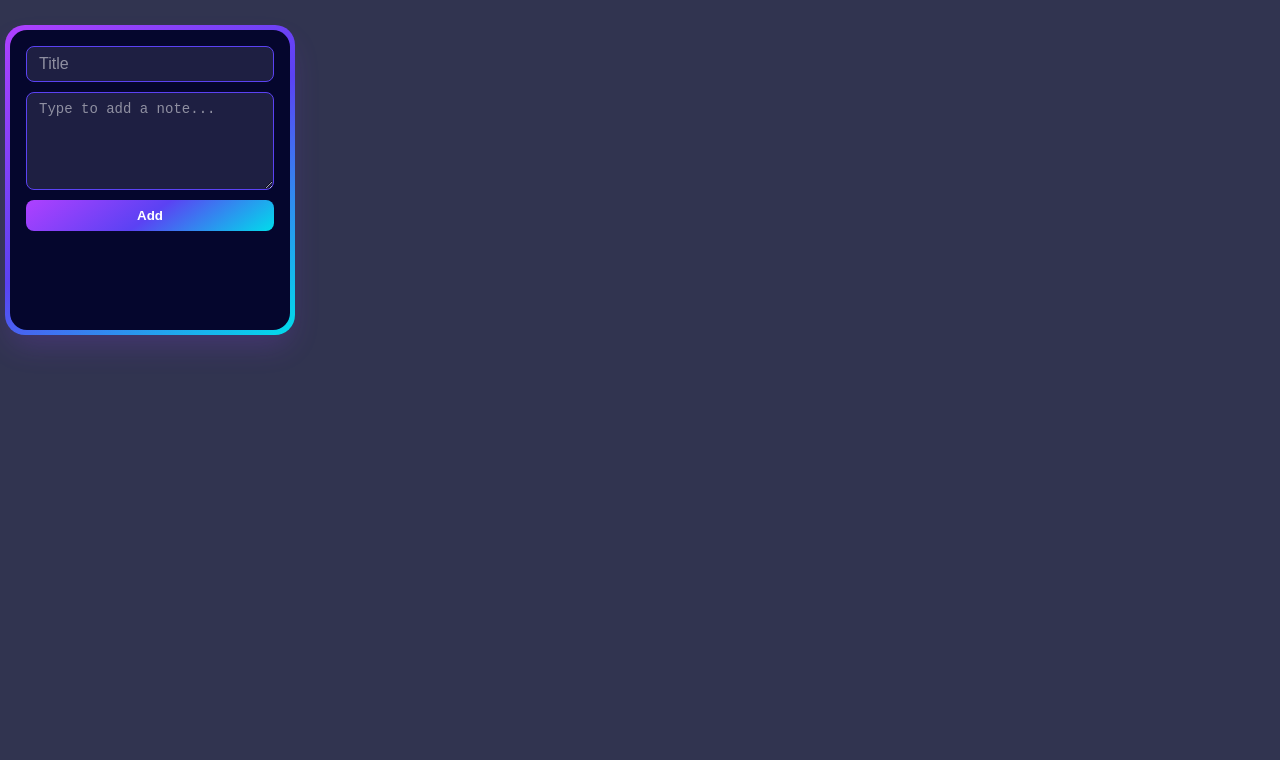
Repository: AJANI2005/Notes-App
Page: /
An editor plug-in stored every save of this project. The page is shown before and after the next save, followed by the edit.
The browser window is 1280 px wide. The pictures show the whole page.
The project was rebuilt for these pictures with package versions that can differ from the ones it lists, and the page was loaded fresh each time. Also part of the build but not shown: vite.config.ts, src/App.css, src/style/dialogbox.css, src/DialogBox.tsx.

Above is the page before, as saved 2025-07-31 18:44:08.

### src/index.css
:root {
  font-family: system-ui, Avenir, Helvetica, Arial, sans-serif;
  font-synthesis: none;
  text-rendering: optimizeLegibility;
  -webkit-font-smoothing: antialiased;
  -moz-osx-font-smoothing: grayscale;
}

body {
    margin: 0;
    font-family: 'Inter', sans-serif;
    min-height: 100vh;
    padding: 20px 0;
    background-color: #313450;
    color: white;
}

### src/App.tsx
import { useEffect, useState } from 'react';

// styles
import "./App.css"
import "./style/note.css"
import DialogBox from './DialogBox';


interface Note {
  id: number
  title: string;
  text: string;
}

const Note = () => {
  const [text, setText] = useState('');
  const [title, setTitle] = useState('');


  //Initialize Local Storage
  useEffect(() => {
    if (!localStorage.getItem("notes")) {
      localStorage.setItem("notes", JSON.stringify([]))
    }
    if (localStorage.getItem("title")) {
      setTitle(JSON.parse(localStorage.getItem("title")!))
    }
    if (localStorage.getItem("text")) {
      setText(JSON.parse(localStorage.getItem("text")!))
    }
  }, [])

  // Store Current Data (On Refresh)
  useEffect(() => {
    if (text === '' && title === '') return
    localStorage.setItem("title", JSON.stringify(title))
    localStorage.setItem("text", JSON.stringify(text))
  }, [text, title])

  const createNote = () => {
    const note = {
      id: Date.now(),
      title: title,
      text: text
    } as Note

    // add note
    const notes = JSON.parse(localStorage.getItem("notes")!)
    notes.push(note)
    localStorage.setItem("notes", JSON.stringify(notes))

    // reset state
    setTitle("")
    setText("")
    localStorage.setItem("title", JSON.stringify(""))
    localStorage.setItem("text", JSON.stringify(""))
  }

  return (
    <form className='note'>
      <div className="note-content">
        <input
          value={title}
          placeholder='Title'
          onChange={(e) => setTitle(e.target.value)}
          type="text" className='note-title-input' />
        <textarea
          value={text}
          onChange={(e) => setText(e.target.value)}
          className='note-input'
          placeholder='Type to add a note...'></textarea>
        <button className='addBtn' onClick={createNote}>Add</button>
      </div>

    </form>
  )
}

function App() {

  const [notes, setNotes] = useState([]);



  const [editing, setEditing] = useState(false);
  const [currentNote, setCurrentNote] = useState<Note | undefined>(undefined);


  //Initialize Local Storage
  useEffect(() => {
    if (localStorage.getItem("notes")) {
      setNotes(JSON.parse(localStorage.getItem("notes")!))
    }
  }, [])

  //Save current note
  const saveNote = () => {
    const notes = JSON.parse(localStorage.getItem("notes")!)
    const index = notes.findIndex((note: Note) => note.id === currentNote?.id)
    notes[index] = currentNote
    localStorage.setItem("notes", JSON.stringify(notes))
    setEditing(false)
    // refresh
    window.location.reload()
  }
  //Delete note
  const deleteNote = () => {
    const notes = JSON.parse(localStorage.getItem("notes")!)
    const index = notes.findIndex((note: Note) => note.id === currentNote?.id)
    notes.splice(index, 1)
    localStorage.setItem("notes", JSON.stringify(notes))
    setEditing(false)
    // refresh
    window.location.reload()
  }

  return (
    <div className='app'>
      <Note />
      {/* Display Notes */}
      <div className='notes-grid'>
        {notes.map((note: Note, index) => (
          <div key={index} className='note'>
            <div className='note-content'>
              <h2 className='note-title'>{note.title}</h2>
              <p className='note-text'>{note.text}</p>
              <button className='deleteBtn'
                onClick={deleteNote}>✖</button>
              <button className='editBtn' onClick={() => {
                setEditing(true);
                setCurrentNote(note);
              }}
              >📝</button>
            </div>
          </div>))}
      </div>

      {/* Edit Dialog Box */}
      <DialogBox isOpen={editing} onClose={() => setEditing(false)}>
        <form className='note'>
          <div className='note-content'>
            <input
              value={currentNote?.title}
              placeholder='Title'
              onChange={(e) => setCurrentNote({ ...currentNote, title: e.target.value } as Note)}
              type="text" className='note-title-input' />

            <textarea
              value={currentNote?.text}
              onChange={(e) => setCurrentNote({ ...currentNote, text: e.target.value } as Note)}
              className='note-input'
              placeholder='Type to add a note...'></textarea>

            <button className='addBtn' onClick={() => {
              saveNote()
              setEditing(false)
            }}>Save</button>
          </div>
        </form>
      </DialogBox>
    </div>
  )
}

export default App

### src/style/note.css
/* Outer Note Card - gradient like .card */
.note {
  display: flex;
  flex-direction: column;
  padding: 5px; /* leave room for inner card content */
  width: 280px;
  height: 300px; /* optional fixed height for card-like look */
  border-radius: 20px;
  background-image: linear-gradient(144deg, #AF40FF, #5B42F3 50%, #00DDEB);
  box-shadow: rgba(151, 65, 252, 0.2) 0 15px 30px -5px;
  margin:5px;
  position: relative;
  transition: transform 0.2s ease;
}

.note:hover {
  transform: translateY(-3px);
}

/* Inner dark content like .card__content */
.note-content {
  background: rgb(5, 6, 45); /* dark inner content */
  border-radius: 17px;
  flex: 1;
  padding: 16px;
  display: flex;
  flex-direction: column;
  gap: 10px;
  padding-bottom: 50px; /* make space for delete/edit buttons */
  color: white;
  position: relative;
}

/* Title input */
.note-title-input {
  padding: 8px 12px;
  font-size: 16px;
  font-weight: 500;
  border-radius: 8px;
  border: 1px solid #5B42F3;
  background: rgba(255,255,255,0.1);
  color: white;
  outline: none;
  transition: 0.2s;
}

.note-title-input::placeholder {
  color: rgba(255,255,255,0.5);
}

.note-title-input:focus {
  border-color: #00DDEB;
}

/* Textarea input */
.note-input {
  min-height: 80px;
  resize: vertical;
  padding: 8px 12px;
  font-size: 14px;
  border-radius: 8px;
  border: 1px solid #5B42F3;
  background: rgba(255,255,255,0.1);
  color: white;
  outline: none;
  transition: 0.2s;
}

.note-input::placeholder {
  color: rgba(255,255,255,0.5);
}

.note-input:focus {
  border-color: #00DDEB;
}

/* Add Button - matches gradient theme */
.addBtn {
  background-image: linear-gradient(144deg, #AF40FF, #5B42F3 50%, #00DDEB);
  color: white;
  border: none;
  padding: 8px 12px;
  border-radius: 8px;
  font-weight: 600;
  cursor: pointer;
  transition: transform 0.2s ease;
}

.addBtn:hover {
  transform: scale(1.05);
}

/* Delete and Edit Buttons */
.deleteBtn,
.editBtn {
  position: absolute;
  bottom: 12px;
  border: none;
  padding: 6px 10px;
  font-size: 14px;
  border-radius: 6px;
  cursor: pointer;
  color: white;
  transition: transform 0.2s ease, background-color 0.2s ease;
}

.deleteBtn {
  left: 12px;
  background-color: #ff6b6b;
}

.deleteBtn:hover {
  background-color: #e63946;
  transform: scale(1.05);
}

.editBtn {
  left: 65px;
  background-color: #4ff10f;
  color: #111;
}

.editBtn:hover {
  background-color: #49d611;
  transform: scale(1.05);
}

/* Title of the note */
.note-title {
  font-size: 18px;
  font-weight: 600;
  color: white;
  margin-bottom: 8px;
}

/* Text content of the note */
.note-text {
  font-size: 14px;
  color: rgba(255,255,255,0.85);
  line-height: 1.5;
  white-space: pre-wrap; /* respect \n */
}

/* Grid for all notes */
.notes-grid {
  display: grid;
  grid-template-columns: repeat(auto-fill, minmax(250px, 1fr));
  gap: 20px;
  padding: 20px;
  justify-items: center;
}

Loaded but not shown: index.html (common file); src/main.tsx (common file)

After the next save:
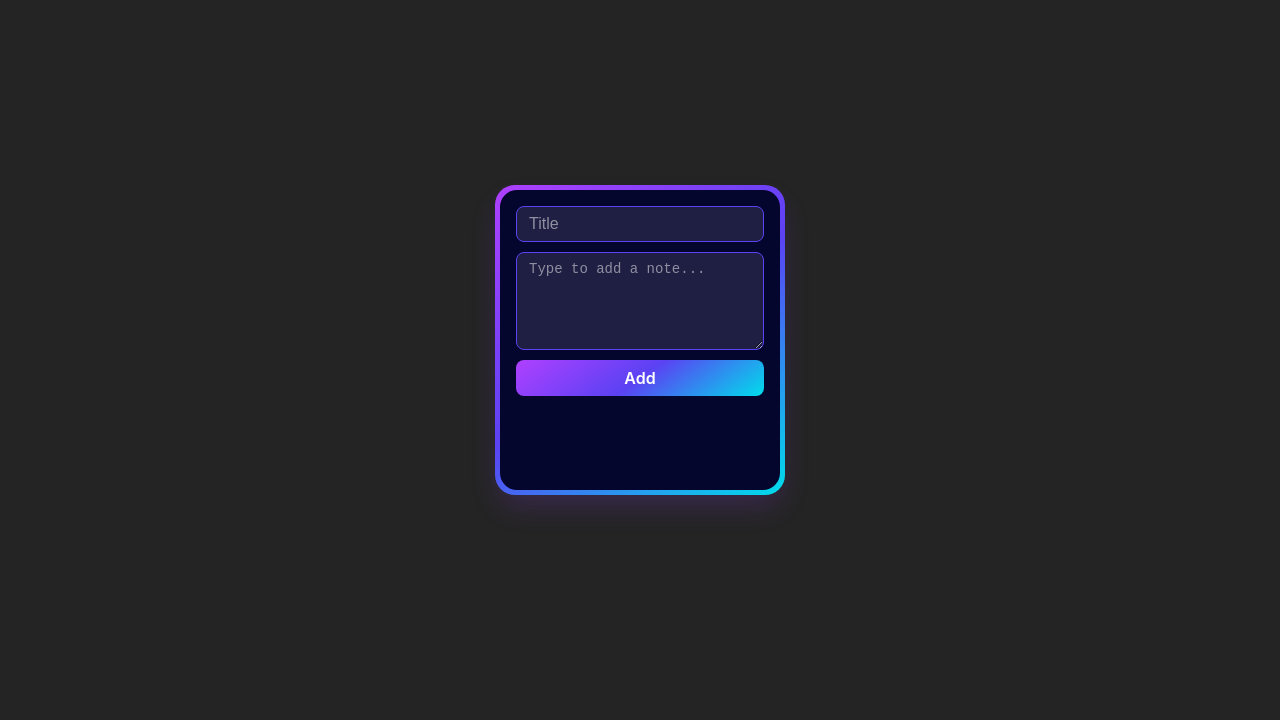
Saved 2 min 21 s later.
--- a/src/index.css
+++ b/src/index.css
@@ -1,16 +1,62 @@
 :root {
-  font-family: system-ui, Avenir, Helvetica, Arial, sans-serif;
+  font-family: Inter, system-ui, Avenir, Helvetica, Arial, sans-serif;
+  line-height: 1.5;
+  font-weight: 400;
+
+  color-scheme: light dark;
+  color: rgba(255, 255, 255, 0.87);
+  background-color: #242424;
+
   font-synthesis: none;
   text-rendering: optimizeLegibility;
   -webkit-font-smoothing: antialiased;
   -moz-osx-font-smoothing: grayscale;
 }
 
+a {
+  font-weight: 500;
+  color: #646cff;
+  text-decoration: inherit;
+}
+a:hover {
+  color: #535bf2;
+}
+
 body {
-    margin: 0;
-    font-family: 'Inter', sans-serif;
-    min-height: 100vh;
-    padding: 20px 0;
-    background-color: #313450;
-    color: white;
+  margin: 0;
+  display: flex;
+  place-items: center;
+  min-width: 320px;
+  min-height: 100vh;
 }
+
+h1 {
+  font-size: 3.2em;
+  line-height: 1.1;
+}
+
+button {
+  border-radius: 8px;
+  border: 1px solid transparent;
+  padding: 0.6em 1.2em;
+  font-size: 1em;
+  font-weight: 500;
+  font-family: inherit;
+  background-color: #1a1a1a;
+  cursor: pointer;
+  transition: border-color 0.25s;
+}
+button:hover {
+  border-color: #646cff;
+}
+button:focus,
+button:focus-visible {
+  outline: 4px auto -webkit-focus-ring-color;
+}
+
+#root {
+  max-width: 1280px;
+  margin: 0 auto;
+  padding: 2rem;
+  text-align: center;
+}
